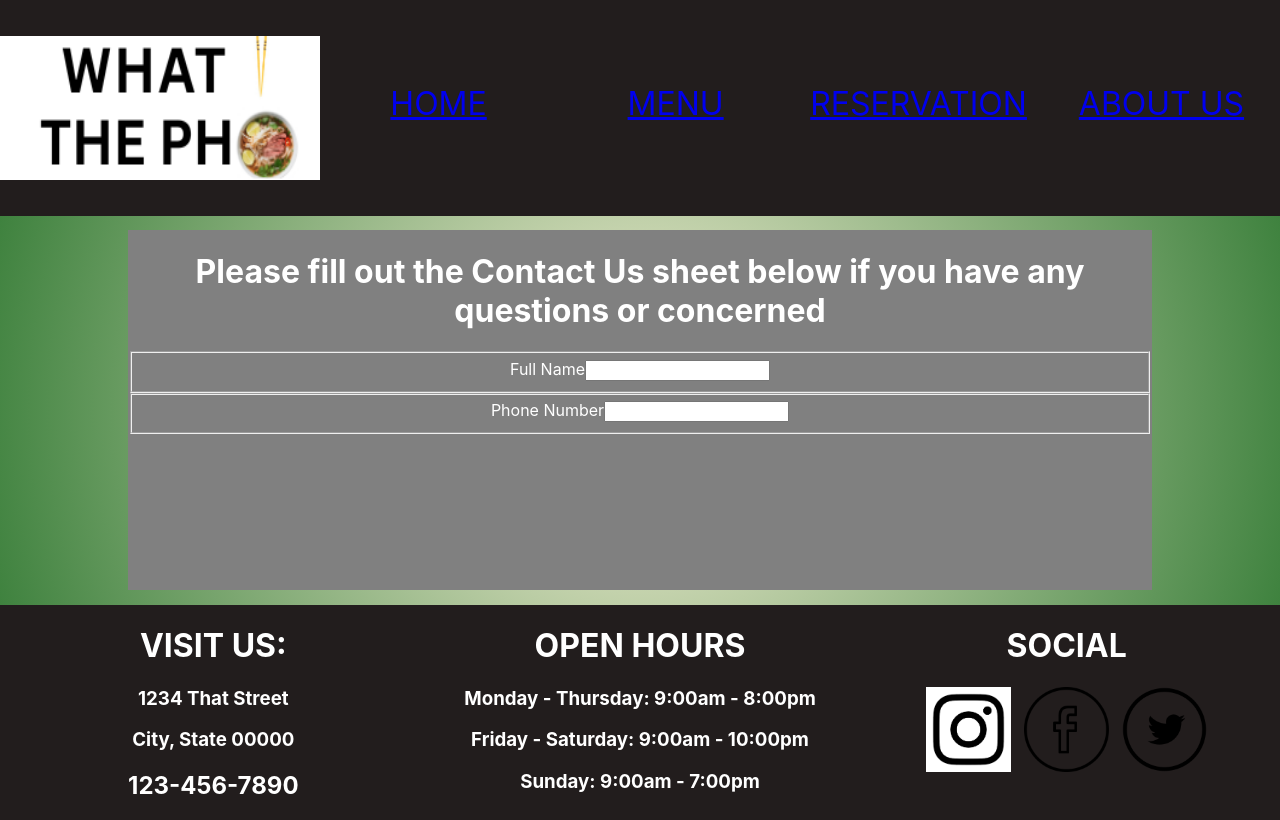
Repository: NguyenkhDang/Restaurant-Website
Page: /contactUs
The author's editor kept a copy of each file at every save. The page is drawn from the files as they stood at one save, then again after the next save.
The browser window is 1280 px wide. The pictures show the whole page.
The project was rebuilt for these pictures with package versions that can differ from the ones it lists, and the page was loaded fresh each time. Also part of the build but not shown: src/CSS/Readmore.css, src/Readmore.js, src/CSS/SectionContainer.css, src/SectionContainer.js, src/CSS/Home.css, src/Pages/HomePage.js, src/Pages/MenuPage.js, src/CSS/ReservationForm.css and 4 more.

Above is the page before, as saved 2026-01-18 21:21:51.

After the next save:
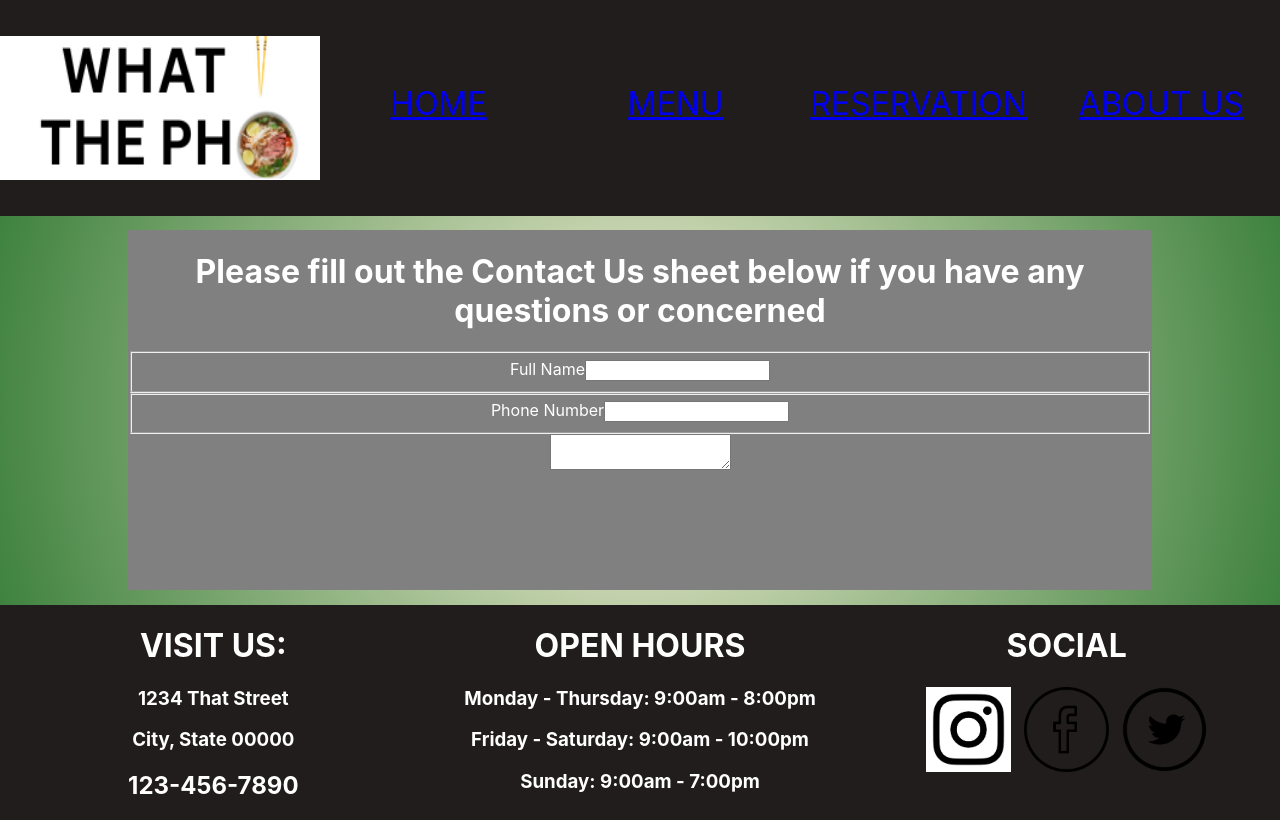
Saved 4 min 40 s later.
--- a/src/Pages/ContactUsPage.js
+++ b/src/Pages/ContactUsPage.js
@@ -36,6 +36,9 @@ const ContactUsPage = () =>{
 
             />
         </fieldset>
+        <textarea
+          name="Comment"
+        />
       </form>
     </div>
   )
